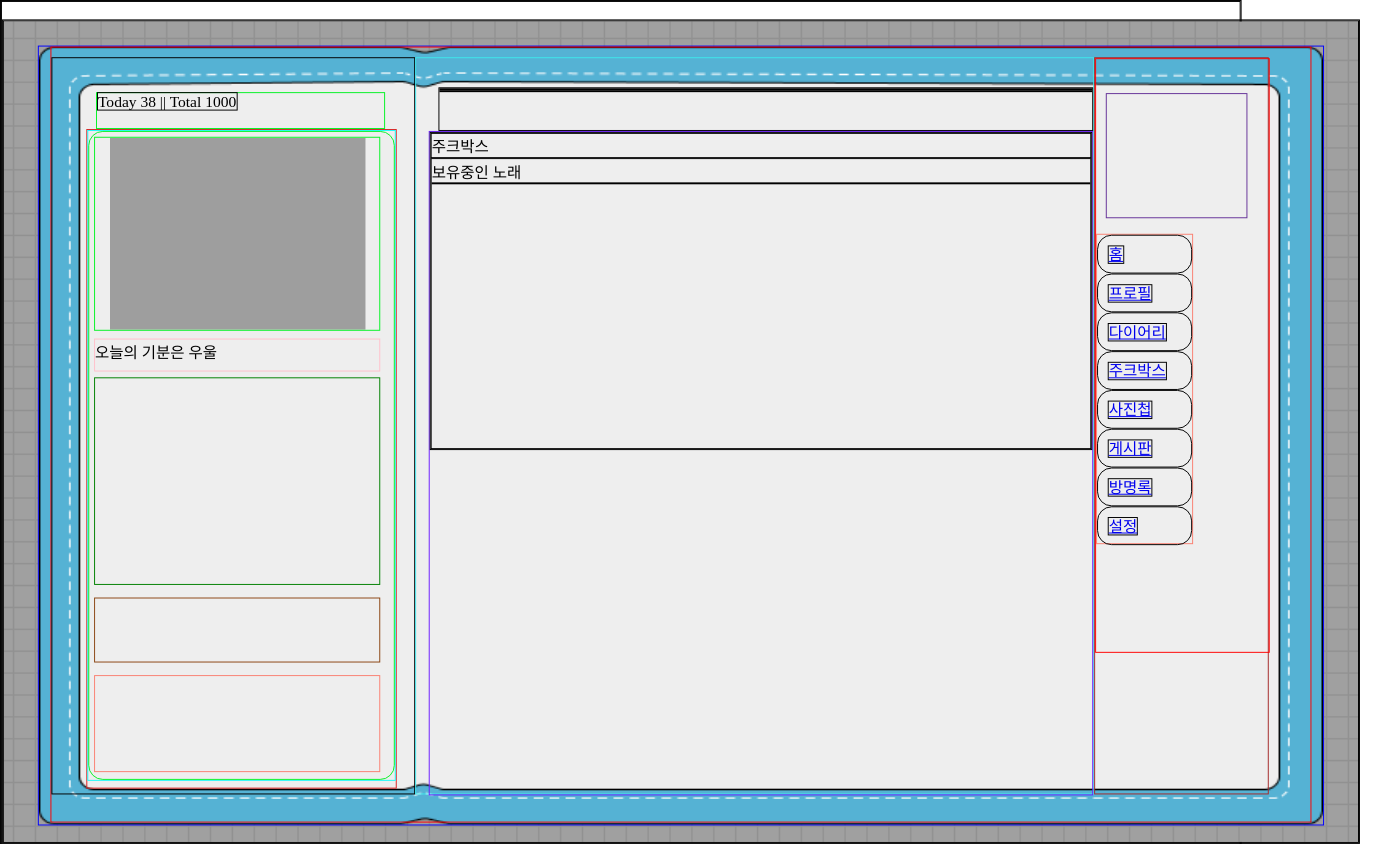
Repository: BBoBBoM/Jsp-workspace
Page: http://localhost/cyworldrenew1/jukebox.jsp
An editor plug-in stored every save of this project. The page is shown before and after the next save, followed by the edit.
The browser window is 1280 px wide. The page is 1401 px wide, then 1440 px, so the pictures cover 1440 px, including what lies to the right of the window. The pictures show the whole page, at 97% of full size.
Pictures or frames that could not be fetched are drawn as grey boxes. The page is served by Tomcat 9. Queries for data that is not in the repository find no rows.

Above is the page before, as saved 2023-06-01 06:55:49.

### cyworldrenew1/src/main/webapp/jukebox.jsp
<%@ page language="java" contentType="text/html; charset=UTF-8"
	pageEncoding="UTF-8"%>

<%@ page import="java.util.*"%>
<%@ taglib prefix="c" uri="http://java.sun.com/jsp/jstl/core"%>
<%@ taglib prefix="sql" uri="http://java.sun.com/jsp/jstl/sql"%>
<%@ include file="dbconn.jsp"%>

<%
request.setCharacterEncoding("UTF-8");
String user_id = (String) session.getAttribute("sessionId");
PreparedStatement pstmt;
String cyworld_url = "";
String user_mini_subject = "";
String music_subject1 = "";
String music_artist1 = "";
List<String> music_subject = new ArrayList<>();
List<String> music_artist = new ArrayList<>();


try {
	String sql = "select * from user where user_id=?";
	String sql1 = "select * from profile where user_id=?";
	pstmt = conn.prepareStatement(sql);
	pstmt.setString(1, user_id);
	ResultSet rs = pstmt.executeQuery();
	while (rs.next()) {
		cyworld_url = rs.getString("cyworld_url");
	}
	pstmt = conn.prepareStatement(sql1);
	pstmt.setString(1, user_id); // user_id 값을 설정해야 합니다.
	ResultSet rs1 = pstmt.executeQuery();
	while (rs1.next()) {
		user_mini_subject = rs1.getString("user_mini_subject");
	}

	String sql2 = "select * from music where user_id=?";
	pstmt = conn.prepareStatement(sql2);
	pstmt.setString(1, user_id);
	ResultSet rs2 = pstmt.executeQuery();
	while (rs2.next()){
	music_subject1 = rs2.getString("music_subject");
	music_artist1 = rs2.getString("music_artist");
	music_subject.add(music_subject1);
	music_artist.add(music_artist1);

	}
} catch (SQLException e) {
	e.printStackTrace();
}

String user_name = "";
String email = "";
String user_profile_photo = "";
String user_hello_word = "";
try {
	String sql = "select * from user where user_id=?";
	String sql1 = "select * from profile where user_id=?";
	pstmt = conn.prepareStatement(sql);
	pstmt.setString(1, user_id);
	ResultSet rs = pstmt.executeQuery();
	while (rs.next()) {
		user_name = rs.getString("user_name");
		email = rs.getString("email");
	}
	pstmt = conn.prepareStatement(sql1);
	pstmt.setString(1, user_id); // user_id 값을 설정해야 합니다.
	ResultSet rs1 = pstmt.executeQuery();
	while (rs1.next()) {
		user_profile_photo = rs1.getString("user_profile_photo");
		user_hello_word = rs1.getString("user_hello_word");
	}
} catch (SQLException e) {
	e.printStackTrace();
}


%>
<!DOCTYPE html>
<html>
<head>
<meta charset="EUC-KR">
<title>Insert title here</title>
<style>
* {
	margin: 0 auto;
	box-sizing: border-box;
	list-style: none;
	border: 1px solid black;
}

#mini_container {
	width: 1400px;
	height: 850px;
	border: 1px solid;
	position: relative;
}

#mini_background1 {
	width: 100%;
	height: 100%;
	background: url(background/background.png) no-repeat center;
	background-size: cover;
	position: absolute;
}

#mini_background2 {
	width: 95%;
	height: 95%;
	margin-top: 25px;
	border: 1px solid blue;
	background: url(background/outer.png) no-repeat center;
	background-size: cover;
	background-size: 100% 100%;
}

#all_contentsdiv {
	width: 1300px;
	height: 800px;
	border: 1px solid red;
}

#left_contentsborderdiv {
	float: left;
	margin-top: 10px;
	width: 375px;
	border: 1px solid;
	height: 760px;
}

#center_contentsdiv {
	box-sizing: border-box;
	margin-right: 0px;
	width: 700px;
	float: left;
	height: 760px;
	margin-top: 10px;
	border: 1px solid rgb(63, 231, 236);
}

#center_subject {
	margin-left: 23px;
	height: 6%;
	border: 1px solid;
	margin-top: 30px;
}

#left_contents_visitrate {
	margin-left: 45px;
	margin-top: 35px;
	margin-bottom: 0px;
	width: 80%;
	height: 5%;
	border: 1px solid rgb(6, 243, 38);
}

#right_contentsdiv_border {
	width: 180px;
	height: 760px;
	float: left;
	margin: 10px 0px;
	padding: 0px;
	position: relative;
	border: 1px solid brown;
}

#right_contentsdiv {
	width: 180px;
	height: 613px;
	float: left;
	border: 1px solid red;
}

#right_menu {
	width: 100px;
	height: 320px;
	border: 1px solid salmon;
	margin-top: 180px;
	float: left;
}

#right_menu>div {
	padding: 5px;
	height: 40px;
	border-radius: 15px;
}

#right_menu>div>a {
	margin-left: 5px;
	line-height: 30px;
}

#right_music {
	position: absolute;
	margin-left: 10px;
	top: 36px;
	width: 82%;
	height: 17%;
	border: 1px solid rebeccapurple;
}

#left_contentsdiv {
	margin-right: 0px;
	padding: 0px;
	width: 320px;
	margin-left: 35px;
	float: left;
	height: 680px;
	border: 1px solid rgb(219, 34, 34);
}

#left_contentsdiv1 {
	width: 100%;
	height: 99%;
	border: 1px solid rgb(31, 250, 250);
}

#left_contents_userinfo {
	height: 100%;
	border-radius: 15px;
	padding: 5px;
	position: relative;
	border: 1px solid rgb(6, 243, 38);
}

#left_contents_userinfo>div {
	position: absolute;
	width: 94%;
}

#user_profileimg {
	width: 100%;
	height: 30%;
	border: 1px solid rgb(6, 243, 38);
}

#today_feeling {
	height: 5%;
	top: 32%;
	border: 1px solid pink;
}

#myself_introduce {
	height: 32%;
	border: 1px solid green;
	top: 38%;
}

#user_name_email {
	height: 10%;
	top: 72%;
	border: 1px solid saddlebrown;
}

#cousin_select {
	height: 15%;
	top: 84%;
	border: 1px solid salmon;
}

#center_diarycontentsdiv1 {
	box-sizing: border-box;
	width: 650px;
	float: right;
	height: 645px;
	border: 1px solid rgb(70, 144, 241);
	margin-left: 13px;
	margin-top: 20px;
	word-wrap: break-word;
	overflow-y: scroll;
}

#center_diary_contents {
	width: 550px;
	height: 300px;
	border: 1px solid red;
	margin-left: 45px;
	margin-top: 130px;
}

#center_diary_calendar {
	width: 550px;
	height: 120px;
	border: 1px solid rgb(233, 19, 161);
	margin-left: 45px;
	position: fixed;
}

table {
	border-collapse: collapse;
}

td {
	border: 1px solid black;
	line-height: 25px;
	text-align: center;
}

#calendar {
	width: 550px;
	height: 120px;
	border: 1px solid;
}

input {
	height: 20px;
	font-size: 15px;
	margin-bottom: 3px;
}

#wrap {
	width: 550px;
	height: 120px;
}

.center_diary_box {
	width: 550px;
	height: 300px;
}

#center_contentsdiv1 {
	width: 685px;
	float: left;
	height: 685px;
	border: 1px solid rgb(109, 30, 255);
	margin-left: 13px;
}
</style>
</head>
<body>
	<div id="mini_container">
		<div id="mini_background1">
			<div id="mini_background2">
				<div id="all_contentsdiv">
					<div id="left_contentsborderdiv">
						<div id="left_contents_visitrate">
							<label>Today 38 || Total 1000</label>
						</div>

						<div id="left_contentsdiv">
							<div id="left_contentsdiv1">

								<div id="left_contents_userinfo">
									<div id="user_profileimg"
										style="background:url(userprofileimg/<%=user_profile_photo%>) no-repeat center;background-size: contain;">

									</div>
									<div id="today_feeling">오늘의 기분은 우울</div>
									<div id="myself_introduce"><%=user_hello_word%></div>
									<div id="user_name_email">
										<%=user_name%>
										<br><%=email%></div>
									<div id="cousin_select"></div>

								</div>
							</div>


						</div>

					</div>

					<div id="center_contentsdiv">
						<div id="center_subject">
							<p><%=user_mini_subject%></p>
							<p><%=cyworld_url%></p>
						</div>

						<div id="center_contentsdiv1">

							<div id="center_contents">

							<div> 주크박스

							</div>
<div style="height:300px;"> 보유중인 노래
<div>
<%for(int i =0; i<music_subject.size();i++){%>

	<label><a><%=music_artist.get(i) %>-<%= music_subject.get(i)%></a></label>



<%} %>

     </div>

</div>


							</div>
						</div>
					</div>
					<div id="right_contentsdiv_border">
						<div id="right_contentsdiv">
							<div id="right_music"></div>
							<div id="right_menu">
								<div>
									<input type="radio" id="home" class="radioG" name="radio1"
										style="display: none;"> <a href="index.jsp"
										target="_parent">홈</a>
								</div>
								<div>
									<input type="radio" id="profile" class="radioG" name="radio1"
										style="display: none;"> <a href="profile.jsp"
										target="_parent">프로필</a>
								</div>
								<div>
									<input type="radio" id="diary" class="radioG" name="radio1"
										style="display: none;"> <a href="diary.jsp"
										target="_parent">다이어리</a>
								</div>
								<div>
									<input type="radio" id="musicbox" class="radioG" name="radio1"
										style="display: none;"> <a href="index.html"
										target="_parent">주크박스</a>
								</div>
								<div>
									<input type="radio" id="photo" class="radioG" name="radio1"
										style="display: none;"> <a target="_parent"
										href="photo.jsp">사진첩</a>
								</div>
								<div>
									<input type="radio" id="board" class="radioG" name="radio1"
										style="display: none;"> <a target="_parent"
										href="index.html">게시판</a>
								</div>
								<div>
									<input type="radio" id="visitboard" class="radioG"
										name="radio1" style="display: none;"> <a
										target="_parent" href="visit_board.jsp">방명록</a>
								</div>
								<div>
									<input type="radio" id="settion" class="radioG" name="radio1"
										style="display: none;"> <a target="_parent"
										href="index.html">설정</a>
								</div>
							</div>
						</div>
					</div>


				</div>
			</div>
		</div>

	</div>
</body>
</html>

### cyworldrenew1/src/main/webapp/dbconn.jsp
<%@ page language="java" contentType="text/html; charset=UTF-8"
	pageEncoding="UTF-8"%>
<%@ page import="java.sql.*"%>
<%
	Connection conn = null;

	try {
		String url = "jdbc:mysql://localhost:3306/cyworld";
		String user = "root";
		String password = "1111";

		Class.forName("com.mysql.jdbc.Driver");
		conn = DriverManager.getConnection(url, user, password);

	} catch (SQLException ex) {
		out.println("데이터베이스 연결이 실패되었습니다.<br>");
		out.println("SQLException: " + ex.getMessage());
	}

%>

After the next save:
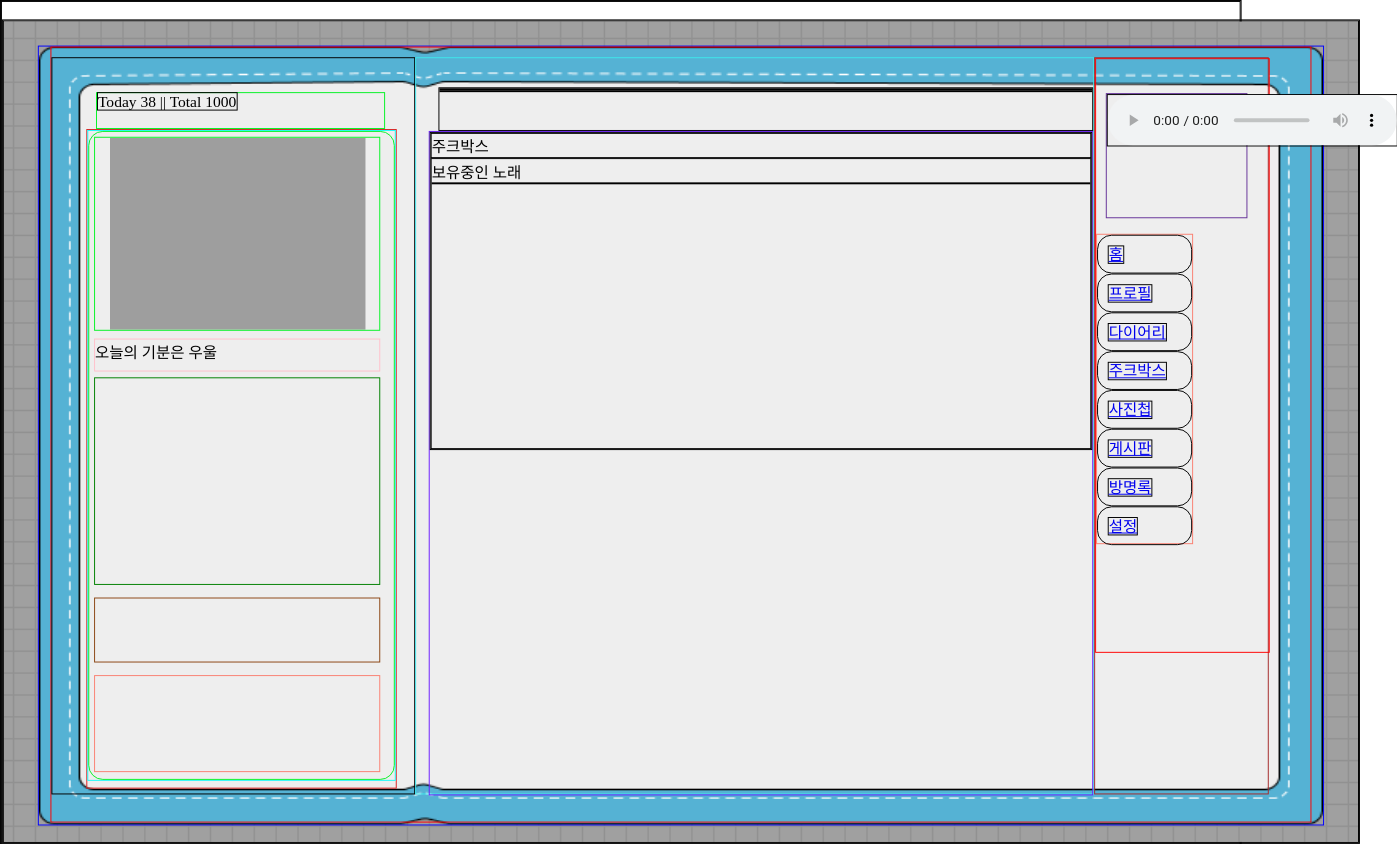
Saved 5 min 53 s later.
--- a/cyworldrenew1/src/main/webapp/jukebox.jsp
+++ b/cyworldrenew1/src/main/webapp/jukebox.jsp
@@ -377,7 +377,7 @@ input {
 <div>
 <%for(int i =0; i<music_subject.size();i++){%>
 
-	<label><a><%=music_artist.get(i) %>-<%= music_subject.get(i)%></a></label>
+	<label><a href="#" onclick ="playaudio(<%=music_artist.get(i)%>)"><%=music_artist.get(i) %>-<%= music_subject.get(i)%></a></label><br>
 
 
 
@@ -386,6 +386,11 @@ input {
      </div>
 
 </div>
+
+
+
+
+
 
 
 							</div>
@@ -393,7 +398,26 @@ input {
 					</div>
 					<div id="right_contentsdiv_border">
 						<div id="right_contentsdiv">
-							<div id="right_music"></div>
+							<div id="right_music">
+
+							<audio id="audioPlayer" controls>
+  <source id="audioSource" src="" type="audio/mpeg">
+  Your browser does not support the audio element.
+</audio>
+
+<script>
+  function playAudio(name) {
+    var audioPlayer = document.getElementById('audioPlayer');
+    var audioSource = document.getElementById('audioSource');
+    audioSource.src = filename;
+    audioPlayer.load();
+    audioPlayer.play();
+  }
+</script>
+
+							</div>
+
+
 							<div id="right_menu">
 								<div>
 									<input type="radio" id="home" class="radioG" name="radio1"
